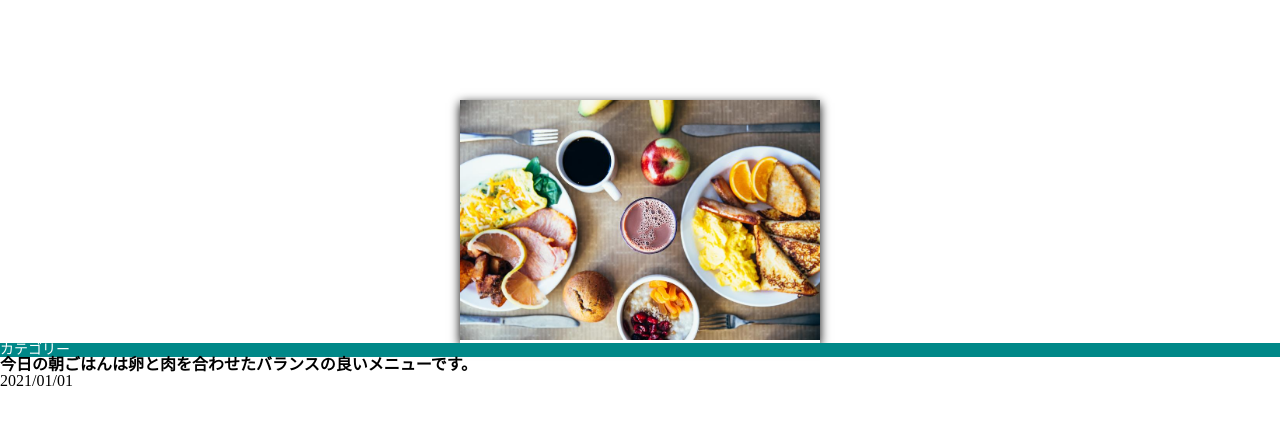
Repository: yosuke257/20231104_watanabe_css
Page: coachtech/html-css/index.html
These files come from the project's save history. The page is drawn as it stood at one moment and after the next save; the edit follows.
The browser window is 1280 px wide. The pictures show the whole page.

Above is the page before, as saved 2023-10-23 00:13:01.

### coachtech/html-css/index.html
<!DOCTYPE html>
<html lang="ja">

<head>
    <meta charset="UTF-8">
    <meta name="viewport" content="width=device-width, initial-scale=1.0">
    <title>Document</title>
    <link rel="stylesheet" href="css/style.css" />
    <link rel="stylesheet" href="css/reset.css" />
</head>

<body>
    <div class="card">
        <div class="card__img">
            <img src="img/card.jpg" alt="">
        </div>
    </div>

    <div class="card__content">
        <div class="card__content-cat">カテゴリー</div>
        <h2 class="card__content-ttl">
            今日の朝ごはんは卵と肉を合わせたバランスの良いメニューです。
        </h2>
        <div class="card__content-tag">
            <p class="card__content-tag-item"></p>
            <p class="card__content-tag-item card__content-tag-item--last">2021/01/01</p>
        </div>
    </div>

</body>

</html>

### coachtech/html-css/css/style.css
.card {
    width: 360px;
    margin: 100px auto 0;
    box-shadow: 0px 3px 10px rgba(0, 0, 0, 2);
}

.card__img img {
    width: 100%;
}

.card__content-cat {
    font-size: 14px;
    background-color: #008888;
    color: #fff;

}

### coachtech/html-css/css/reset.css
 /*
html5doctor.com Reset Stylesheet
v1.6.1
Last Updated: 2010-09-17
Author: Richard Clark - http://richclarkdesign.com
Twitter: @rich_clark
*/

 html,
 body,
 div,
 span,
 object,
 iframe,
 h1,
 h2,
 h3,
 h4,
 h5,
 h6,
 p,
 blockquote,
 pre,
 abbr,
 address,
 cite,
 code,
 del,
 dfn,
 em,
 img,
 ins,
 kbd,
 q,
 samp,
 small,
 strong,
 sub,
 sup,
 var,
 b,
 i,
 dl,
 dt,
 dd,
 ol,
 ul,
 li,
 fieldset,
 form,
 label,
 legend,
 table,
 caption,
 tbody,
 tfoot,
 thead,
 tr,
 th,
 td,
 article,
 aside,
 canvas,
 details,
 figcaption,
 figure,
 footer,
 header,
 hgroup,
 menu,
 nav,
 section,
 summary,
 time,
 mark,
 audio,
 video {
     margin: 0;
     padding: 0;
     border: 0;
     outline: 0;
     font-size: 100%;
     vertical-align: baseline;
     background: transparent;
 }

 body {
     line-height: 1;
 }

 article,
 aside,
 details,
 figcaption,
 figure,
 footer,
 header,
 hgroup,
 menu,
 nav,
 section {
     display: block;
 }

 nav ul {
     list-style: none;
 }

 blockquote,
 q {
     quotes: none;
 }

 blockquote:before,
 blockquote:after,
 q:before,
 q:after {
     content: '';
     content: none;
 }

 a {
     margin: 0;
     padding: 0;
     font-size: 100%;
     vertical-align: baseline;
     background: transparent;
 }

 /* change colours to suit your needs */
 ins {
     background-color: #ff9;
     color: #000;
     text-decoration: none;
 }

 /* change colours to suit your needs */
 mark {
     background-color: #ff9;
     color: #000;
     font-style: italic;
     font-weight: bold;
 }

 del {
     text-decoration: line-through;
 }

 abbr[title],
 dfn[title] {
     border-bottom: 1px dotted;
     cursor: help;
 }

 table {
     border-collapse: collapse;
     border-spacing: 0;
 }

 /* change border colour to suit your needs */
 hr {
     display: block;
     height: 1px;
     border: 0;
     border-top: 1px solid #cccccc;
     margin: 1em 0;
     padding: 0;
 }

 input,
 select {
     vertical-align: middle;
 }

After the next save:
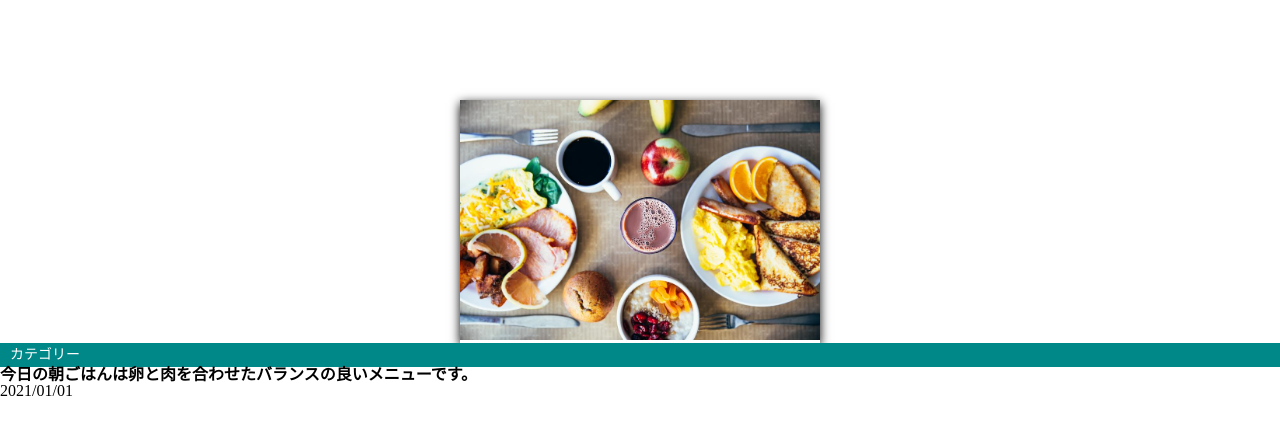
Saved 35 s later.
--- a/coachtech/html-css/css/style.css
+++ b/coachtech/html-css/css/style.css
@@ -12,5 +12,5 @@
     font-size: 14px;
     background-color: #008888;
     color: #fff;
-
+    padding: 5px 10px;
 }
